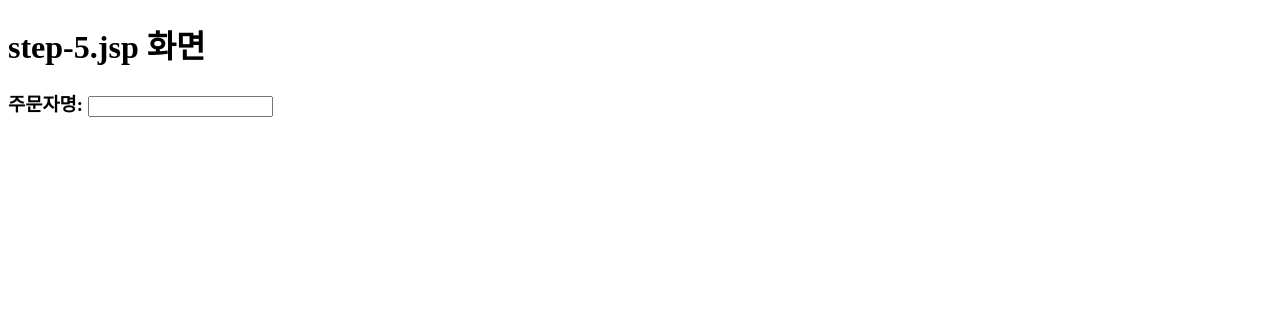
Repository: dtkd19/jsp-jstl_241021
Page: http://localhost/jstl_study/step-5.jsp
An editor plug-in stored every save of this project. The page is shown before and after the next save, followed by the edit.
The browser window is 1280 px wide. The pictures show the whole page.
The page is served by Tomcat 9. Other server files are loaded and not shown.

Above is the page before, as saved 2024-10-21 05:44:20.

### jstl_study/src/main/webapp/step-5.jsp
<%@ page language="java" contentType="text/html; charset=UTF-8"
    pageEncoding="UTF-8"%>
<!DOCTYPE html>
<html>
<head>
<meta charset="UTF-8">
<title>Insert title here</title>
</head>
<body>
	<h1>step-5.jsp 화면</h1>

	<!-- 메뉴판을 체크박스 형태로 만들어서 step-6.jsp로 전송 -->
	<!-- 주문자명 : input  -->

	<form action="step-6.jsp">
	<h3>주문자명: <input type="text" name="customer"></h3>


	</form>






</body>
</html>

After the next save:
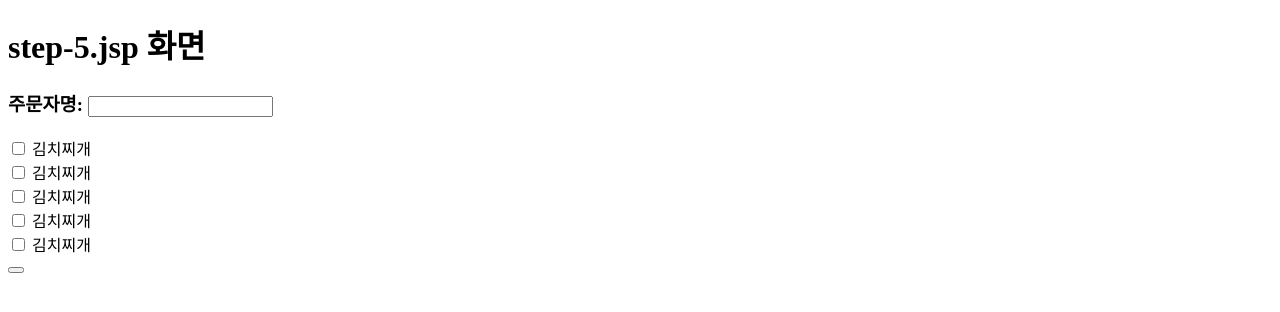
Saved 44 s later.
--- a/jstl_study/src/main/webapp/step-5.jsp
+++ b/jstl_study/src/main/webapp/step-5.jsp
@@ -14,7 +14,12 @@
 
 	<form action="step-6.jsp">
 	<h3>주문자명: <input type="text" name="customer"></h3>
-
+	<input type="checkbox" name="menu" value="김치찌개"> 김치찌개 <br>
+	<input type="checkbox" name="menu" value="김치찌개"> 김치찌개 <br>
+	<input type="checkbox" name="menu" value="김치찌개"> 김치찌개 <br>
+	<input type="checkbox" name="menu" value="김치찌개"> 김치찌개 <br>
+	<input type="checkbox" name="menu" value="김치찌개"> 김치찌개 <br>
+	<button type="submit"></button>
 
 	</form>
 
